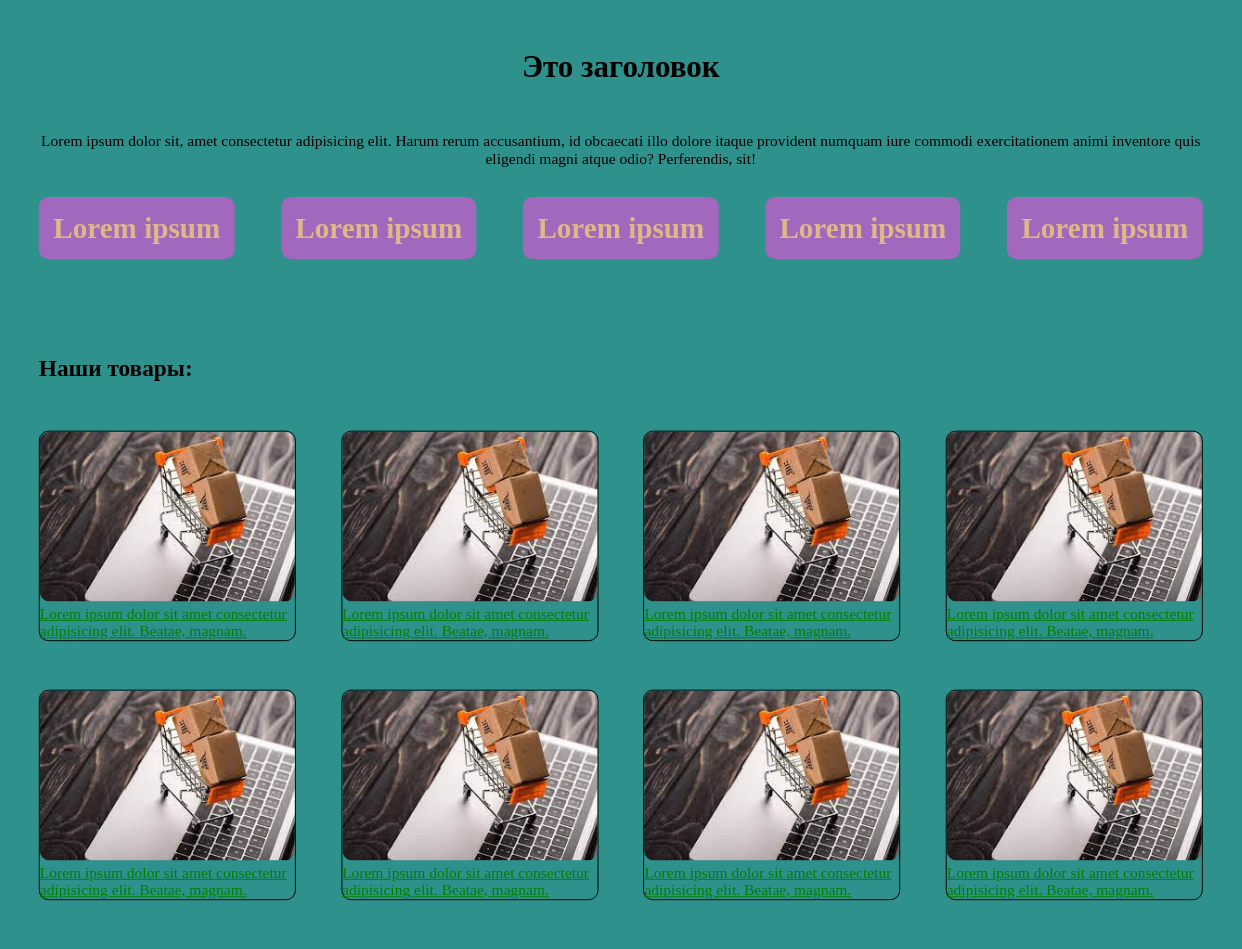
Repository: annamsklv/web
Page: seminar2_26.01/index.html
These files come from the project's save history. The page is drawn as it stood at one moment and after the next save; the edit follows.
The browser window is 1280 px wide. The pictures show the whole page, at 97% of full size.
Some web fonts or font styles are not loaded; a fallback is used.

Above is the page before, as saved 2023-02-01 18:26:16.

### seminar2_26.01/index.html
<!DOCTYPE html>
<html lang="en">
<head>
    <meta charset="UTF-8">
    <meta http-equiv="X-UA-Compatible" content="IE-edge">
    <meta name="viewport" content="width=device-width, initial-scale=1.0">
    <title>Моя вторая страница</title>
    <!-- <link rel="preconnect" href="https://fonts.googleapis.com">
<link rel="preconnect" href="https://fonts.gstatic.com" crossorigin>
<link href="https://fonts.googleapis.com/css2?family=Pacifico&display=swap" rel="stylesheet">
    <link rel="stylesheet" href="test2.css"> -->
    <link rel="preconnect" href="https://fonts.googleapis.com">
<link rel="preconnect" href="https://fonts.gstatic.com" crossorigin>
<link href="https://fonts.googleapis.com/css2?family=Ruslan+Display&display=swap" rel="stylesheet">
    <link rel="stylesheet" href="test2.css">

</head>
<body>
    <div class="header">
     <div class="container">
        <h1 class="title">Это заголовок</h1>
    <p class="description">Lorem ipsum dolor sit, amet consectetur adipisicing elit. Harum rerum accusantium, id obcaecati illo dolore itaque provident numquam iure commodi exercitationem animi inventore quis eligendi magni atque odio? Perferendis, sit!</p>
    <div class="nav">
     <a class="nav-link"href="#">Lorem ipsum</a>
     <a class="nav-link"href="#">Lorem ipsum</a>
     <a class="nav-link" href="#">Lorem ipsum</a>
     <a class="nav-link"href="#">Lorem ipsum</a>
     <a class="nav-link"href="#">Lorem ipsum</a>
    </div>
     </div>
     </div>

    <div class="content">
        <div class="container">
            <h2 xlass="subtitle">Наши товары:</h2>
            <div class="item-box">
                <div class="item">
                    <img class="item-pic" src="img/product.jpeg" alt="product">
                    <a class="item-link" href="test3.html">Lorem ipsum dolor sit amet consectetur adipisicing elit. Beatae, magnam.</a>
                </div>
                <div class="item">
                    <img class="item-pic" src="img/product.jpeg" alt="product">
                    <a class="item-link" href="test3.html">Lorem ipsum dolor sit amet consectetur adipisicing elit. Beatae, magnam.</a>
                </div>
                <div class="item">
                    <img class="item-pic" src="img/product.jpeg" alt="product">
                    <a class="item-link" href="test3.html">Lorem ipsum dolor sit amet consectetur adipisicing elit. Beatae, magnam.</a>
                </div>
                <div class="item">
                    <img class="item-pic" src="img/product.jpeg" alt="product">
                    <a class="item-link" href="test3.html">Lorem ipsum dolor sit amet consectetur adipisicing elit. Beatae, magnam.</a>
                </div>
                <div class="item">
                    <img class="item-pic" src="img/product.jpeg" alt="product">
                    <a class="item-link" href="test3.html">Lorem ipsum dolor sit amet consectetur adipisicing elit. Beatae, magnam.</a>
                </div>
                <div class="item">
                    <img class="item-pic" src="img/product.jpeg" alt="product">
                    <a class="item-link" href="test3.html">Lorem ipsum dolor sit amet consectetur adipisicing elit. Beatae, magnam.</a>
                </div>
                <div class="item">
                    <img class="item-pic" src="img/product.jpeg" alt="product">
                    <a class="item-link" href="test3.html">Lorem ipsum dolor sit amet consectetur adipisicing elit. Beatae, magnam.</a>
                </div>
                <div class="item">
                    <img class="item-pic" src="img/product.jpeg" alt="product">
                    <a class="item-link" href="test3.html">Lorem ipsum dolor sit amet consectetur adipisicing elit. Beatae, magnam.</a>
                </div>
            </div>
            </div>
        </div>


    <div class="footer">
    <div class="container">

    </div>
    </div>
</body>
</html>

### seminar2_26.01/test2.css
* {
    margin: 0;
    padding: 0;
}

body{
    background-color: rgb(47, 145, 140);
}
.container{
    width: 1200px;
    margin: 0 auto;
}

a{
    color:green;
}

.nav-link{
    color: burlywood;
    font-size: 30px;
    font-weight: bold;
    text-decoration: none;
    padding: 15px;
    background-color: rgb(161, 104, 189);
    border-radius: 10px;
    display: block;
    border: 1 px solid transparent;

}

.title, .description, .subtitle{
    text-align: center;
    margin-top: 50px;
}

.nav{
    margin-top: 30px;
    display: flex;
    justify-content: space-between;
}

.nav-link:hover{
    border: 1 px solid darkmagenta;
    color: darkmagenta;
    background-color: white;
}

.item{
    width: 263px;
    border: 1px solid black;
    border-radius: 10px;

}

.item-pic{
    width: 100%;
    border-radius: 10px;
}

.content{
    margin-top: 100px;
}

.item-box{
    margin-top: 50px;
    display: flex;
    flex-wrap: wrap;
    justify-content:space-between;
}

.subtitle{
    font-family: "Pacifico";
    font-size: 30px;
}
.item{
    margin-bottom: 50px;
}

After the next save:
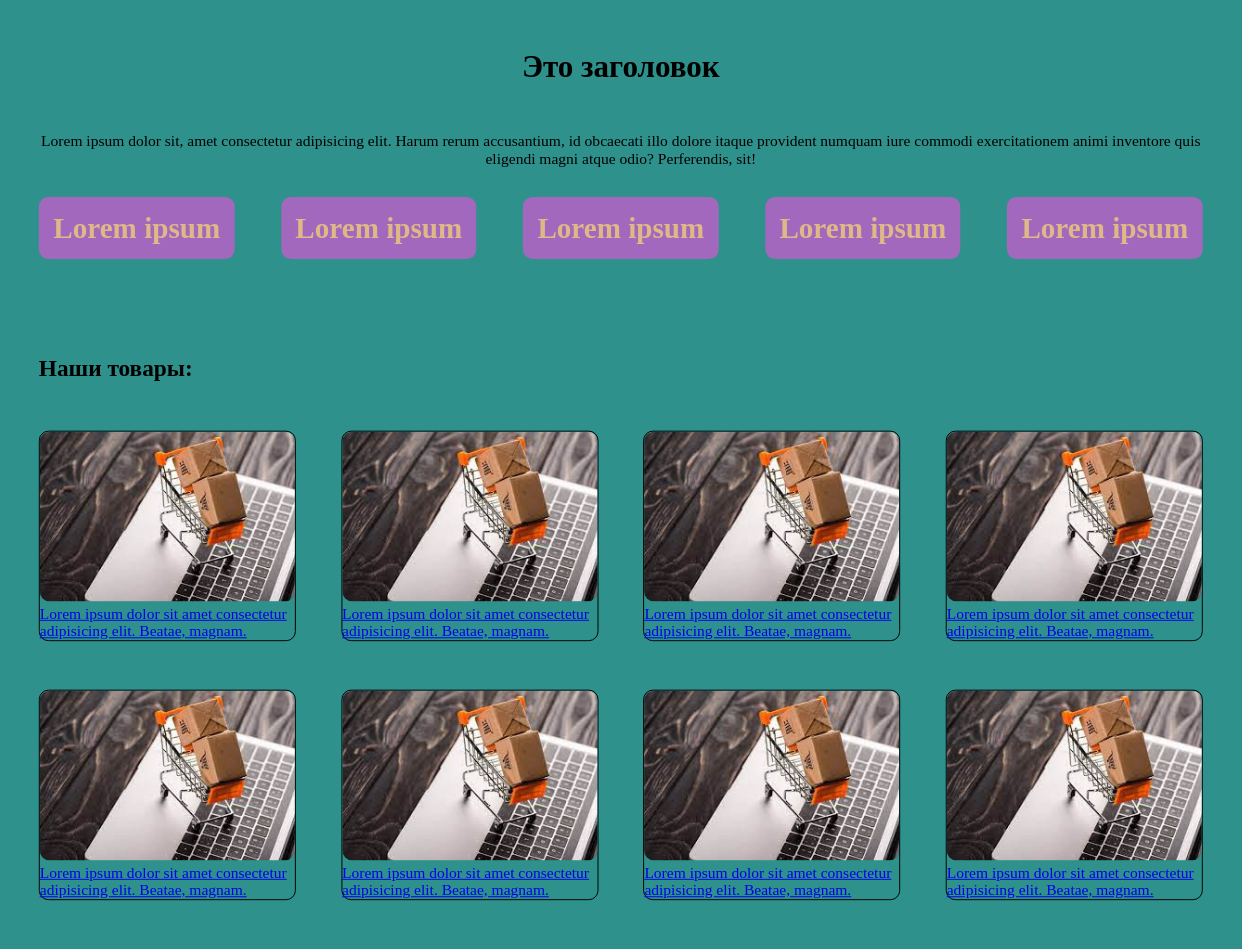
Saved 2 min 4 s later.
--- a/seminar2_26.01/test2.css
+++ b/seminar2_26.01/test2.css
@@ -11,9 +11,9 @@
     margin: 0 auto;
 }
 
-a{
+/* a{
     color:green;
-}
+} */
 
 .nav-link{
     color: burlywood;

After the save that followed:
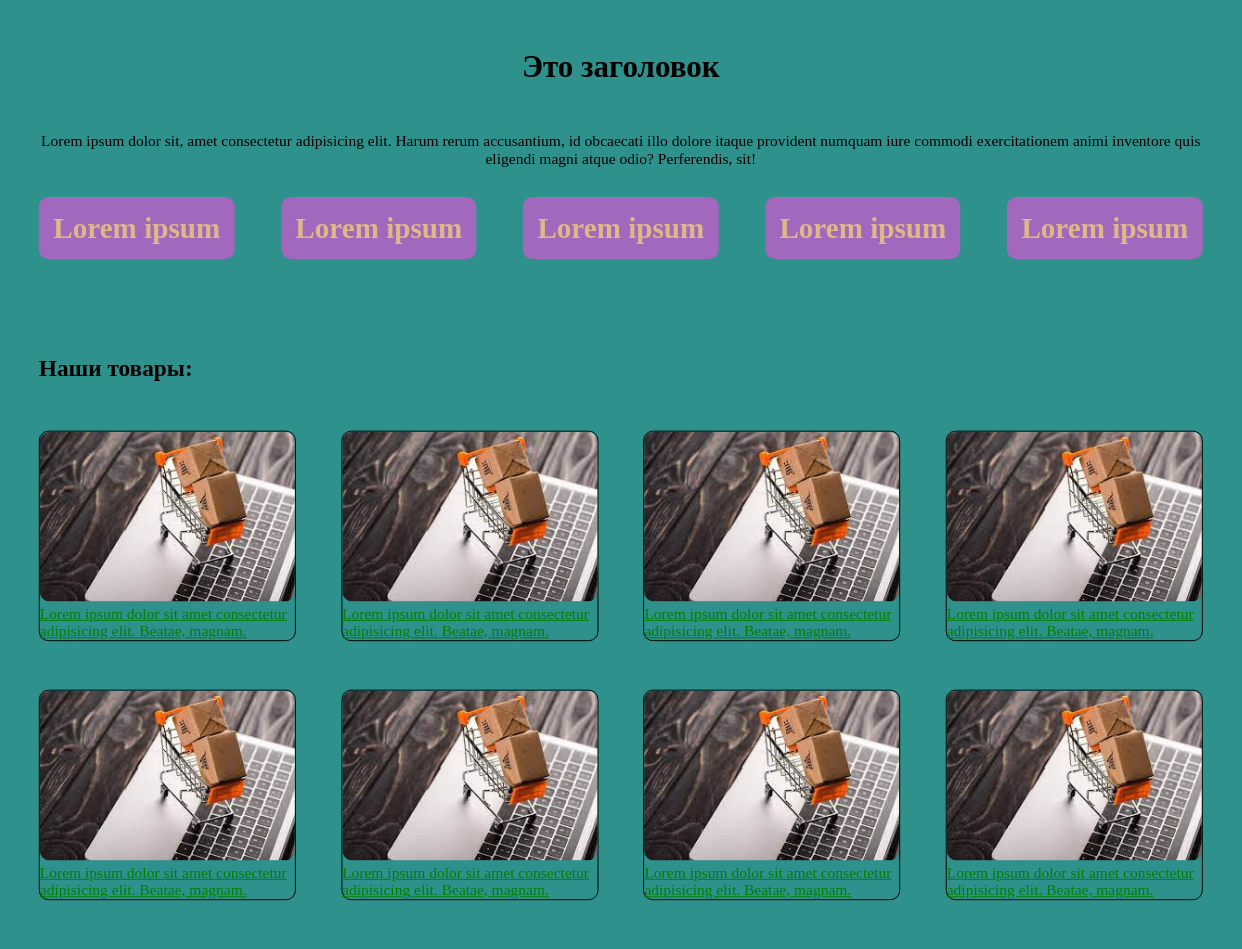
Saved 25 s later.
--- a/seminar2_26.01/test2.css
+++ b/seminar2_26.01/test2.css
@@ -11,9 +11,9 @@
     margin: 0 auto;
 }
 
-/* a{
+a{
     color:green;
-} */
+}
 
 .nav-link{
     color: burlywood;
